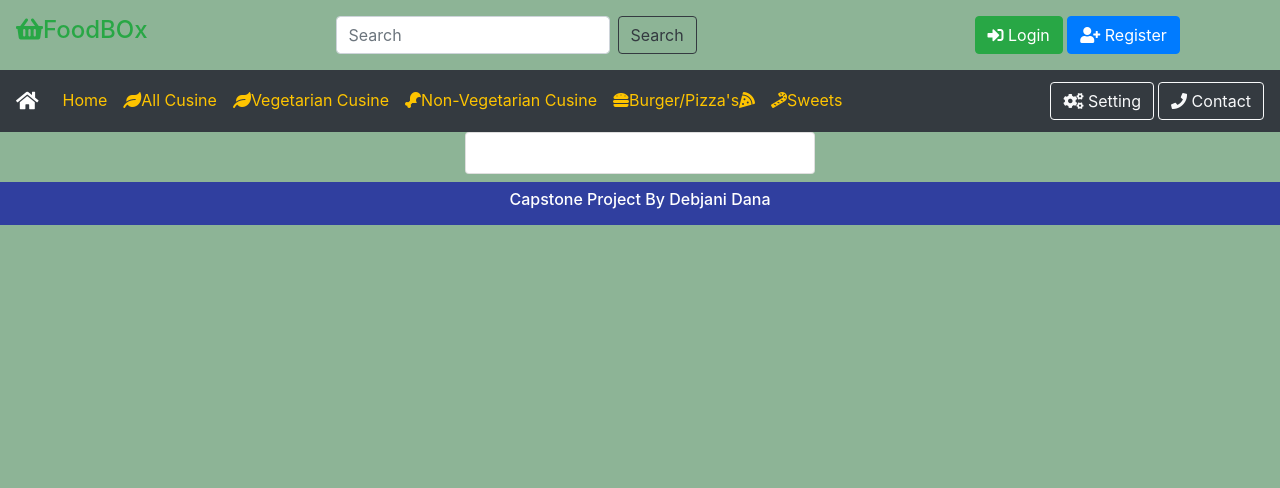
Repository: debjaniprofessional32/Capstone-Final-FoodBox-Delivery-Project
Page: http://localhost/OnlinFoodBOX/Edit_Profile.jsp
The author's editor kept a copy of each file at every save. The page is drawn from the files as they stood at one save, then again after the next save.
The browser window is 1280 px wide. The pictures show the whole page.
Some web libraries are served in a nearby version. The page is served by Tomcat 9. Other server files are loaded and not shown.

Above is the page before, as saved 2022-12-23 11:15:17.

### OnlinFoodBOX/src/main/webapp/Edit_Profile.jsp
<%@ page language="java" contentType="text/html; charset=ISO-8859-1"
    pageEncoding="ISO-8859-1"%>
<!DOCTYPE html>
<html>
<head>
<meta charset="ISO-8859-1">
<title>Edit Profile</title>
<%@include file="all_Component/allCss.jsp"%>
</head>
<body style="background-color:#8DB496 ">
<%@include file="all_Component/navbar.jsp"%>

<div class="container">
<div class="row">
<div class="col-md-4 offset-md-4">
<div class="card">
<div class="card-body">



</div>



</div>


</div>




</div>




</div>


	<%@include file="all_Component/footer.jsp"%>

</body>
</html>

### OnlinFoodBOX/src/main/webapp/all_Component/allCss.jsp
<link rel="stylesheet"
	href="https://cdn.jsdelivr.net/npm/bootstrap@4.0.0/dist/css/bootstrap.min.css"
	integrity="sha384-Gn5384xqQ1aoWXA+058RXPxPg6fy4IWvTNh0E263XmFcJlSAwiGgFAW/dAiS6JXm"
	crossorigin="anonymous">
<script src="https://code.jquery.com/jquery-3.2.1.slim.min.js"
	integrity="sha384-KJ3o2DKtIkvYIK3UENzmM7KCkRr/rE9/Qpg6aAZGJwFDMVNA/GpGFF93hXpG5KkN"
	crossorigin="anonymous"></script>
<script
	src="https://cdn.jsdelivr.net/npm/popper.js@1.12.9/dist/umd/popper.min.js"
	integrity="sha384-ApNbgh9B+Y1QKtv3Rn7W3mgPxhU9K/ScQsAP7hUibX39j7fakFPskvXusvfa0b4Q"
	crossorigin="anonymous"></script>
<script
	src="https://cdn.jsdelivr.net/npm/bootstrap@4.0.0/dist/js/bootstrap.min.js"
	integrity="sha384-JZR6Spejh4U02d8jOt6vLEHfe/JQGiRRSQQxSfFWpi1MquVdAyjUar5+76PVCmYl"
	crossorigin="anonymous"></script>
<link rel="stylesheet"
	href="https://cdnjs.cloudflare.com/ajax/libs/font-awesome/5.15.3/css/all.min.css"
	integrity="sha512-iBBXm8fW90+nuLcSKlbmrPcLa0OT92xO1BIsZ+ywDWZCvqsWgccV3gFoRBv0z+8dLJgyAHIhR35VZc2oM/gI1w=="
	crossorigin="anonymous" referrerpolicy="no-referrer" />

### OnlinFoodBOX/src/main/webapp/all_Component/navbar.jsp
 <%@ taglib prefix="c" uri="http://java.sun.com/jsp/jstl/core" %>
 <%@ page isELIgnored = "false" %>
 <style type="text/css">
 .navbar {
     background: #000000
 }

 .nav-item::after {
     content: '';
     display: block;
     width: 0px;
     height: 2px;
     background: #fec400;
     transition: 0.4s
 }

 .nav-item:hover::after {
     width: 100%
 }

 .navbar-dark .navbar-nav .active>.nav-link,
 .navbar-dark .navbar-nav .nav-link.active,
 .navbar-dark .navbar-nav .nav-link.show,
 .navbar-dark .navbar-nav .show>.nav-link,
 .navbar-dark .navbar-nav .nav-link:focus,
 .navbar-dark .navbar-nav .nav-link:hover {
     color: #fec400
 }

 .nav-link {
     padding: 10px 5px;
     transition: 0.2s
 }

 body{
     background-color:grey;
 }
</style>
<div class="container-fluid p-3">
	<div class="row">

		<div class="col-md-3 text-success">

<h4><i class='fa fa-shopping-basket'></i>FoodBOx</h4>
		</div>

		<div class="col-md-6">
			<form class="form-inline my-2 my-lg-0">
				<input class="form-control mr-sm-2" type="search"
					placeholder="Search" aria-label="Search">
				<button class="btn btn-outline-dark my-2 my-sm-0" type="submit">Search</button>
			</form>
		</div>
		<c:if test="${not empty userobj}">
		<div class="col-md-3">
		    <a href="checkout.jsp" class="mt-6"><i class='fas fa-cart-plus fa-2x '></i></a>
			<a href="login.jsp" class="btn btn-success"><i class='fas fa-user-plus'></i>&nbsp;${userobj.name}</a>
			<a href="logout" class="btn btn-primary "><i class='fas fa-sign-in-alt'></i>&nbsp;Logout</a>
		</div>

		</c:if>
		<c:if test="${empty userobj}">
		<div class="col-md-3">
			<a href="login.jsp" class="btn btn-success"><i class='fas fa-sign-in-alt'></i>&nbsp;Login</a>
			<a href="rejister.jsp" class="btn btn-primary "><i class='fas fa-user-plus'></i>&nbsp;Register</a>
		</div>

		</c:if>

	</div>



</div>


<nav class="navbar navbar-expand-lg navbar-dark bg-dark">
  <a class="navbar-brand " href="#"><i class="fas fa-home"></i></a>
  <button class="navbar-toggler" type="button" data-toggle="collapse" data-target="#navbarSupportedContent" aria-controls="navbarSupportedContent" aria-expanded="false" aria-label="Toggle navigation">
    <span class="navbar-toggler-icon"></span>
  </button>

  <div class="collapse navbar-collapse" id="navbarSupportedContent">
    <ul class="navbar-nav mr-auto">
      <li class="nav-item active "><a class="nav-link " href="index.jsp">Home <span class="sr-only">(current)</span></a></li>
      <li class="nav-item active"><a class="nav-link" href="all_veg.jsp"><i class="fa fa-leaf"></i>All Cusine</a></li>
      <li class="nav-item active"><a class="nav-link" href="all_veg1.jsp"><i class="fa fa-leaf"></i>Vegetarian Cusine</a></li>
      <li class="nav-item active"><a class="nav-link " href="all_nonveg.jsp"><i class='fas fa-drumstick-bite'></i>Non-Vegetarian Cusine</a></li>
      <li class="nav-item active"><a class="nav-link " href="all_Bpizza.jsp"><i class='fas fa-hamburger'></i>Burger/Pizza's<i class='fas fa-pizza-slice'></i></a></li>
      <li class="nav-item active"><a class="nav-link " href="all_sweet.jsp"><i class='fas fa-candy-cane'></i>Sweets</a></li>
    </ul>
    <form class="form-inline my-2 my-lg-0">
     <a class="btn btn-outline-light my-2 my-sm-0" href="setting.jsp" class="outline-light"><i class='fa fa-cogs '></i>&nbsp;Setting</a>
      <button class="btn btn-outline-light my-2 my-sm-0 ml-1" type="submit"><i class='fa fa-phone'></i>&nbsp;Contact</button>
    </form>
  </div>
</nav>

### OnlinFoodBOX/src/main/webapp/all_Component/footer.jsp
<div class="container-fluid text-center text-white p-2 mt-2" style="background-color:#303f9f;">
<h6>Capstone Project By Debjani Dana</h6>

</div>

After the next save:
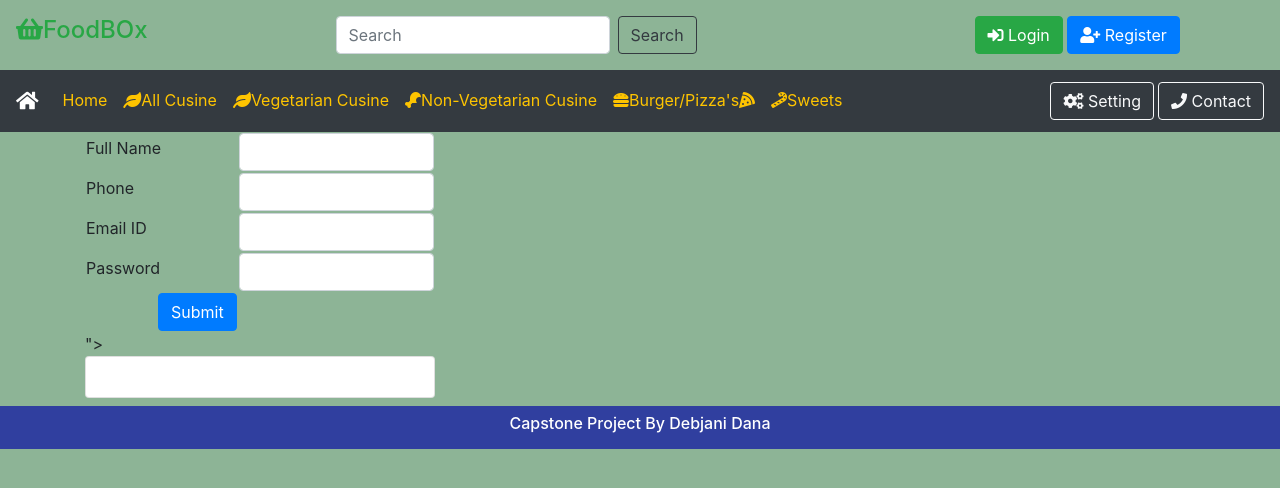
Saved 81 s later.
--- a/OnlinFoodBOX/src/main/webapp/Edit_Profile.jsp
+++ b/OnlinFoodBOX/src/main/webapp/Edit_Profile.jsp
@@ -12,7 +12,45 @@
 
 <div class="container">
 <div class="row">
-<div class="col-md-4 offset-md-4">
+<div class="col-md-4 offset-md-4<form class="form-horizontal" action="register" method="post">
+
+<table>
+<tr><td>
+    <label for="exampleInputEmail1">Full Name</label>
+    </td><td>
+    <input type="text" class="form-control" name="fname" id="exampleInputEmail1" aria-describedby="emailHelp" required="required">
+ </td>
+ </tr>
+  <tr><td>
+    <label for="exampleInputEmail1">Phone</label>
+    </td><td>
+    <input type="number" class="form-control" name="phone" id="exampleInputEmail1" aria-describedby="emailHelp" required="required"">
+ </td>
+ </tr>
+
+<tr><td>
+    <label for="exampleInputEmail1">Email ID </label>
+    </td><td>
+    <input type="email" class="form-control" name="email" id="exampleInputEmail1" aria-describedby="emailHelp"required="required">
+ </td>
+ </tr>
+<tr><td>
+    <label for="exampleInputPassword1">Password</label>
+    </td><td>
+    <input type="password" name="pwd"class="form-control" id="exampleInputPassword1" required="required">
+    </td>
+ </tr>
+
+<tr><td>
+  &nbsp;&nbsp;&nbsp;&nbsp;&nbsp;&nbsp;&nbsp;&nbsp;&nbsp;&nbsp;&nbsp;&nbsp;&nbsp;&nbsp;&nbsp;&nbsp;<button type="submit" class="btn btn-primary ">Submit</button>
+  </td></tr>
+  </table>
+
+
+
+
+
+</form>">
 <div class="card">
 <div class="card-body">
 

After the save that followed:
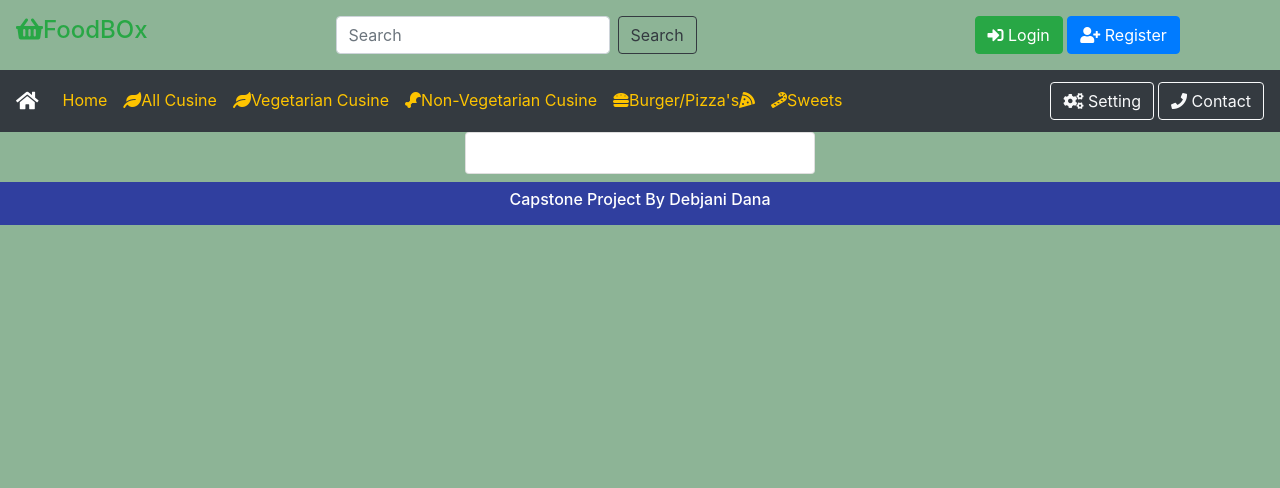
Saved 85 s later.
--- a/OnlinFoodBOX/src/main/webapp/Edit_Profile.jsp
+++ b/OnlinFoodBOX/src/main/webapp/Edit_Profile.jsp
@@ -12,45 +12,7 @@
 
 <div class="container">
 <div class="row">
-<div class="col-md-4 offset-md-4<form class="form-horizontal" action="register" method="post">
-
-<table>
-<tr><td>
-    <label for="exampleInputEmail1">Full Name</label>
-    </td><td>
-    <input type="text" class="form-control" name="fname" id="exampleInputEmail1" aria-describedby="emailHelp" required="required">
- </td>
- </tr>
-  <tr><td>
-    <label for="exampleInputEmail1">Phone</label>
-    </td><td>
-    <input type="number" class="form-control" name="phone" id="exampleInputEmail1" aria-describedby="emailHelp" required="required"">
- </td>
- </tr>
-
-<tr><td>
-    <label for="exampleInputEmail1">Email ID </label>
-    </td><td>
-    <input type="email" class="form-control" name="email" id="exampleInputEmail1" aria-describedby="emailHelp"required="required">
- </td>
- </tr>
-<tr><td>
-    <label for="exampleInputPassword1">Password</label>
-    </td><td>
-    <input type="password" name="pwd"class="form-control" id="exampleInputPassword1" required="required">
-    </td>
- </tr>
-
-<tr><td>
-  &nbsp;&nbsp;&nbsp;&nbsp;&nbsp;&nbsp;&nbsp;&nbsp;&nbsp;&nbsp;&nbsp;&nbsp;&nbsp;&nbsp;&nbsp;&nbsp;<button type="submit" class="btn btn-primary ">Submit</button>
-  </td></tr>
-  </table>
-
-
-
-
-
-</form>">
+<div class="col-md-4 offset-md-4">
 <div class="card">
 <div class="card-body">
 
